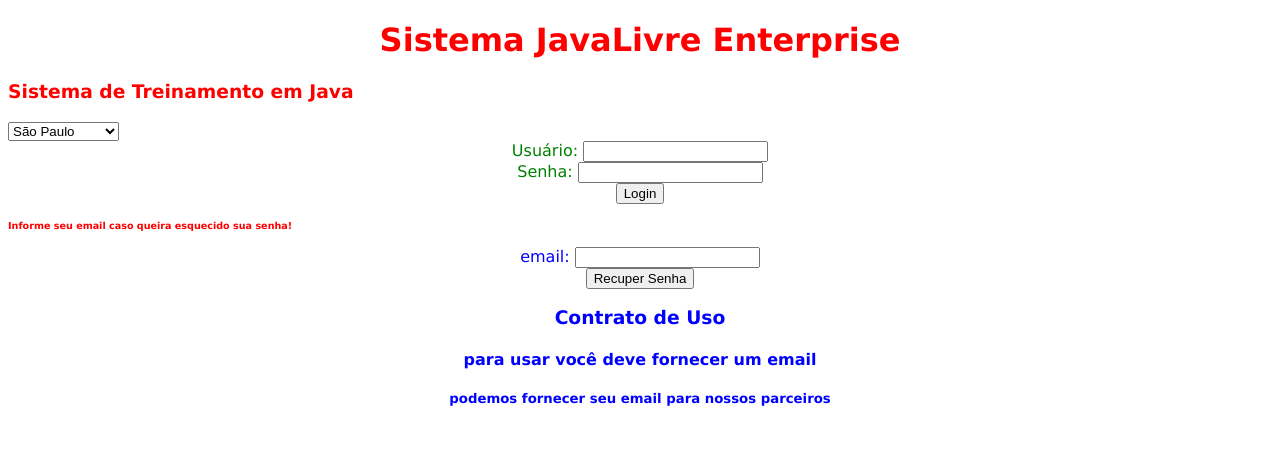
Repository: marciojv/treina-java
Page: workspace/JavaLivre/src/html/login.html
These files come from the project's save history. The page is drawn as it stood at one moment and after the next save; the edit follows.
The browser window is 1280 px wide. The pictures show the whole page.

Above is the page before, as saved 2017-06-10 16:28:37.

After the next save:
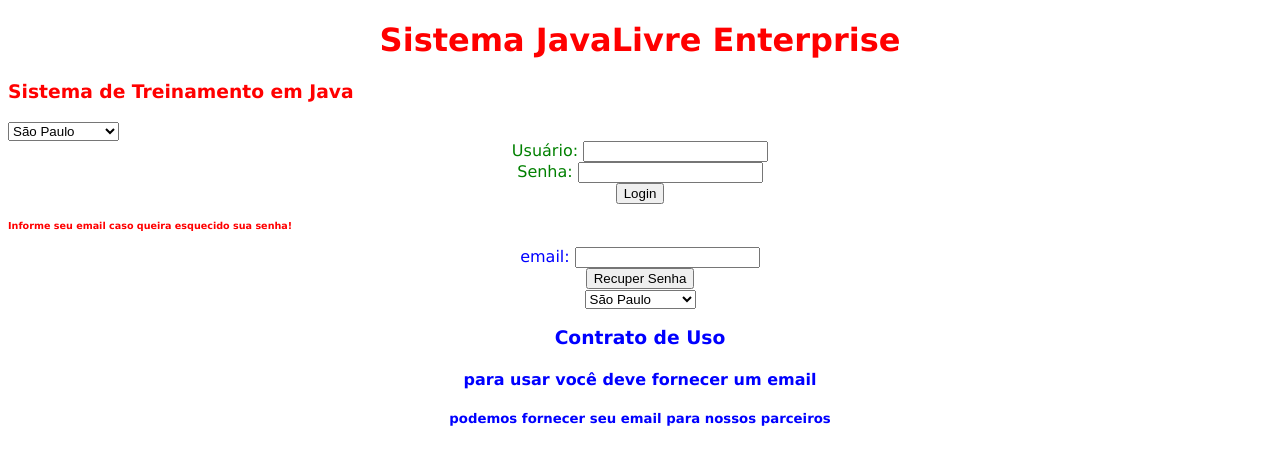
Saved 59 s later.
--- a/workspace/JavaLivre/src/html/login.html
+++ b/workspace/JavaLivre/src/html/login.html
@@ -90,6 +90,14 @@ Senha:   <input type="text" name="senha"><br>
 <form action="login.html">
 email: <input type="email" name="email"><br>
        <input type="submit" value="Recuper Senha"><br>
+
+<select name="estadocontrato" >
+  <option value="PR">Paraná</option>
+  <option value="SC">Santa Catarina</option>
+  <option selected value="SP">São Paulo</option>
+</select>
+
+
 </form>
 </div>
 
